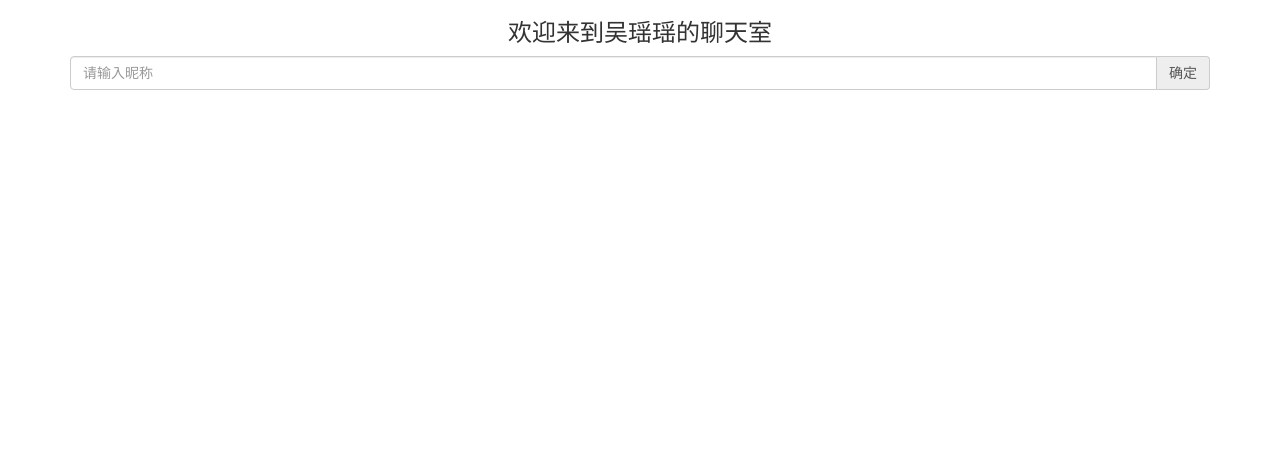
Repository: wyy511/node-socket.io
Page: client.html
The author's editor kept a copy of each file at every save. The page is drawn from the files as they stood at one save, then again after the next save.
The browser window is 1280 px wide. The pictures show the whole page.
The page's requests for data from a server got no answer. Some web libraries are served in a nearby version.

Above is the page before, as saved 2019-11-20 23:41:33.
Console error (its wording comes from the project's code and is left out).

### client.html
<!DOCTYPE html>
<html lang="en">
<head>
  <meta charset="UTF-8">
  <meta name="viewport" content="width=device-width, initial-scale=1.0">
  <meta http-equiv="X-UA-Compatible" content="ie=edge">
  <title>吴瑶瑶的聊天室</title>
  <style>
    *{
      margin: 0;
      padding: 0;
    }
    .title {
      text-align: center;
    }
    #msgBox {
      display: none;
    }
  </style>
  <!-- 最新版本的 Bootstrap 核心 CSS 文件 -->
<link rel="stylesheet" href="https://cdn.jsdelivr.net/npm/bootstrap@3.3.7/dist/css/bootstrap.min.css" integrity="sha384-BVYiiSIFeK1dGmJRAkycuHAHRg32OmUcww7on3RYdg4Va+PmSTsz/K68vbdEjh4u" crossorigin="anonymous">
<!-- 最新的 Bootstrap 核心 JavaScript 文件 -->
<script src="https://cdn.jsdelivr.net/npm/bootstrap@3.3.7/dist/js/bootstrap.min.js" integrity="sha384-Tc5IQib027qvyjSMfHjOMaLkfuWVxZxUPnCJA7l2mCWNIpG9mGCD8wGNIcPD7Txa" crossorigin="anonymous"></script>
</head>
<body>
  <div class="container">
    <header>
      <h3 class="title">欢迎来到吴瑶瑶的聊天室</h3>
    </header>
    <div>
      <div id="nameBox">
        <div class="input-group">
            <input id="name" class="form-control" type="text" placeholder="请输入昵称">
          <span id="nameBtn" class="input-group-addon">确定</span>
        </div>
      </div>
      <div id="msgBox">
        <input id="msg" onkeydown="enterChart(event)" />
        <button id="msgBtn" onclick="sendChart()">发送内容</button>
      </div>
    </div>
    <footer></footer>
  </div>
  <script type="text/javascript" src="https://cdn.bootcss.com/socket.io/2.3.0/socket.io.js"></script>
  <script type="text/javascript">
    var socket = io.connect('ws://172.19.162.86:3000');
    var name = '';
    var userId = '';
    const msgBtn = document.getElementById('msgBtn');
    const msgEl = document.getElementById('msg');
    const nameBtn = document.getElementById('nameBtn');
    const nameEl = document.getElementById('name');
    const msgBox = document.getElementById('msgBox');
    const nameBox = document.getElementById('nameBox');
    nameBtn.onclick = () => {
      const val = nameEl.value;
      if (!val) return;
      name = val;
      socket.emit('changeName', name);
      nameEl.value = '';
      nameBox.style.display = 'none';
      msgBox.style.display = 'block';
    }
    // 如果客户端监听到socket消息，那么执行这个方法里的回调，且得到广播的消息
    socket.on("changeName", data => {
      console.log(data)
      var p = document.createElement("p");
      userId = data.userId;
      p.innerText = data.msg;
      document.body.appendChild(p);
    })
    function enterChart (e) {
      if (e.keyCode === 13) {
        sendChart();
      }
    }
    function sendChart () {
      const val = msgEl.value;
      if (!val) return;
      msgEl.value = '';
      socket.emit('chat', {
        userId,
        name,
        msg: val
      });
    }
    // 如果客户端监听到socket消息，那么执行这个方法里的回调，且得到广播的消息
    socket.on("chat", (data) => {
      var p = document.createElement("p");
      p.innerText = data.msg;
      document.body.appendChild(p);
    })
  </script>
</body>
</html>

After the next save:
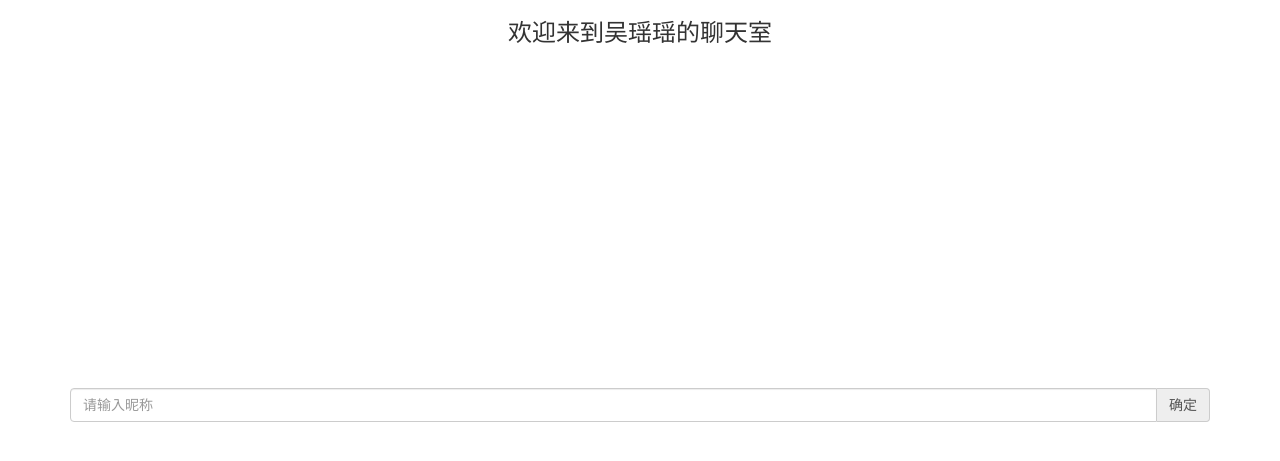
Saved 2 min 8 s later.
--- a/client.html
+++ b/client.html
@@ -12,6 +12,9 @@
     }
     .title {
       text-align: center;
+    }
+    .login-input {
+      margin-top: 30%;
     }
     #msgBox {
       display: none;
@@ -28,11 +31,9 @@
       <h3 class="title">欢迎来到吴瑶瑶的聊天室</h3>
     </header>
     <div>
-      <div id="nameBox">
-        <div class="input-group">
-            <input id="name" class="form-control" type="text" placeholder="请输入昵称">
-          <span id="nameBtn" class="input-group-addon">确定</span>
-        </div>
+      <div id="nameBox" class="input-group login-input">
+        <input id="name" class="form-control" type="text" placeholder="请输入昵称">
+        <span id="nameBtn" class="input-group-addon">确定</span>
       </div>
       <div id="msgBox">
         <input id="msg" onkeydown="enterChart(event)" />
